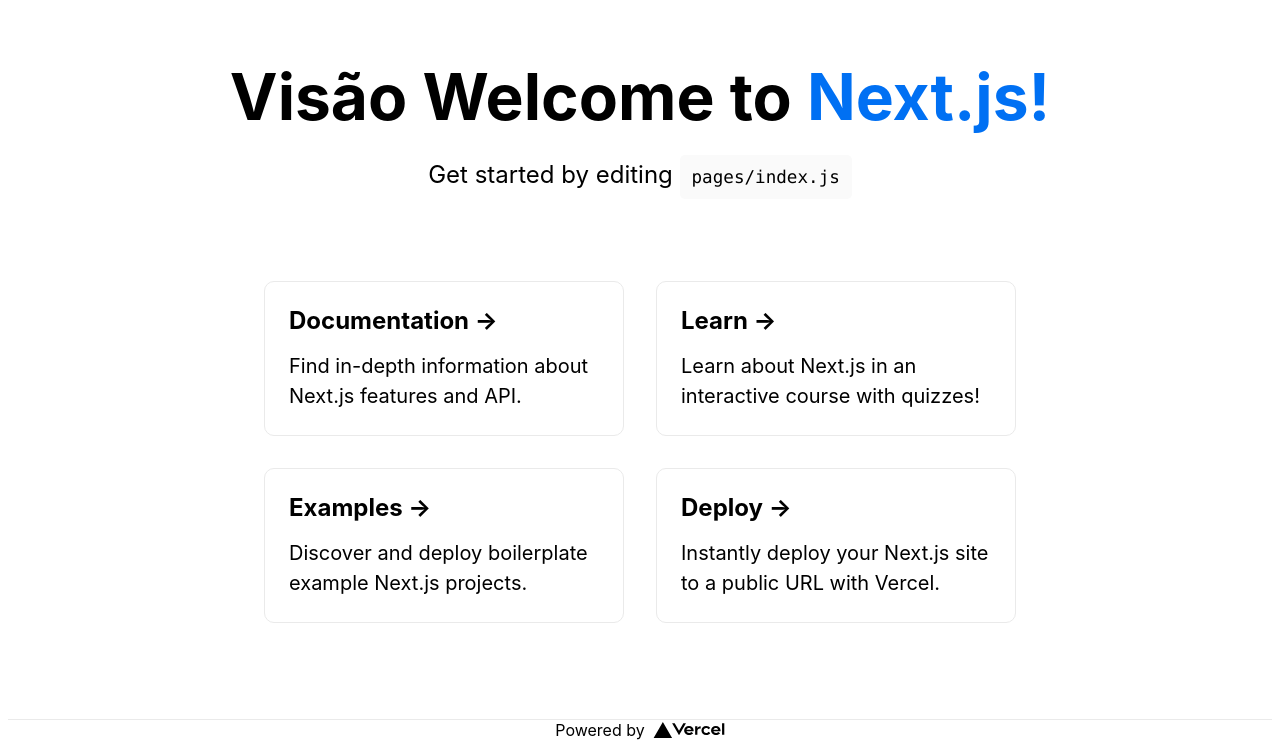
Repository: joneskleber/nextvercel
Page: /
An editor plug-in stored every save of this project. The page is shown before and after the next save, followed by the edit.
The browser window is 1280 px wide. The pictures show the whole page.
The project was rebuilt for these pictures with package versions that can differ from the ones it lists, and the page was loaded fresh each time. The framework's server and built-in components were replaced by stand-ins that run in the browser. Also part of the build but not shown: next.config.js.

Above is the page before, as saved 2021-07-19 16:29:52.

### pages/index.js
import Head from 'next/head'
import Image from 'next/image'
import styles from '../styles/Home.module.css'

export default function Home() {
  return (
    <div className={styles.container}>
      <Head>
        <title>Create Next App</title>
        <meta name="description" content="Generated by create next app" />
        <link rel="icon" href="/favicon.ico" />
      </Head>

      <main className={styles.main}>
        <h1 className={styles.title}>
          Visão Welcome to <a href="https://nextjs.org">Next.js!</a>
        </h1>

        <p className={styles.description}>
          Get started by editing{' '}
          <code className={styles.code}>pages/index.js</code>
        </p>

        <div className={styles.grid}>
          <a href="https://nextjs.org/docs" className={styles.card}>
            <h2>Documentation &rarr;</h2>
            <p>Find in-depth information about Next.js features and API.</p>
          </a>

          <a href="https://nextjs.org/learn" className={styles.card}>
            <h2>Learn &rarr;</h2>
            <p>Learn about Next.js in an interactive course with quizzes!</p>
          </a>

          <a
            href="https://github.com/vercel/next.js/tree/master/examples"
            className={styles.card}
          >
            <h2>Examples &rarr;</h2>
            <p>Discover and deploy boilerplate example Next.js projects.</p>
          </a>

          <a
            href="https://vercel.com/new?utm_source=create-next-app&utm_medium=default-template&utm_campaign=create-next-app"
            className={styles.card}
          >
            <h2>Deploy &rarr;</h2>
            <p>
              Instantly deploy your Next.js site to a public URL with Vercel.
            </p>
          </a>
        </div>
      </main>

      <footer className={styles.footer}>
        <a
          href="https://vercel.com?utm_source=create-next-app&utm_medium=default-template&utm_campaign=create-next-app"
          target="_blank"
          rel="noopener noreferrer"
        >
          Powered by{' '}
          <span className={styles.logo}>
            <Image src="/vercel.svg" alt="Vercel Logo" width={72} height={16} />
          </span>
        </a>
      </footer>
    </div>
  )
}

Loaded but not shown: pages/_app.js (common file); styles/globals.css (common file); styles/Home.module.css (common file)

After the next save:
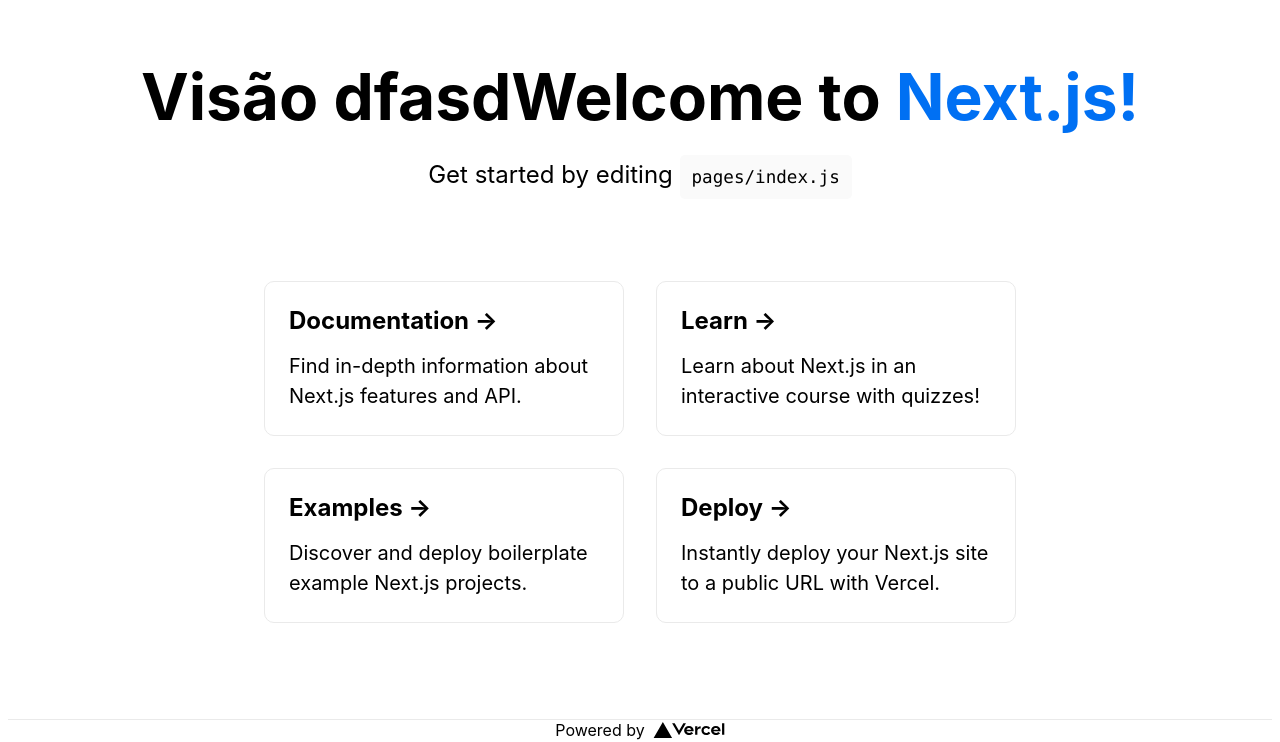
Saved 41 s later.
--- a/pages/index.js
+++ b/pages/index.js
@@ -13,7 +13,7 @@
 
       <main className={styles.main}>
         <h1 className={styles.title}>
-          Visão Welcome to <a href="https://nextjs.org">Next.js!</a>
+          Visão dfasdWelcome to <a href="https://nextjs.org">Next.js!</a>
         </h1>
 
         <p className={styles.description}>
